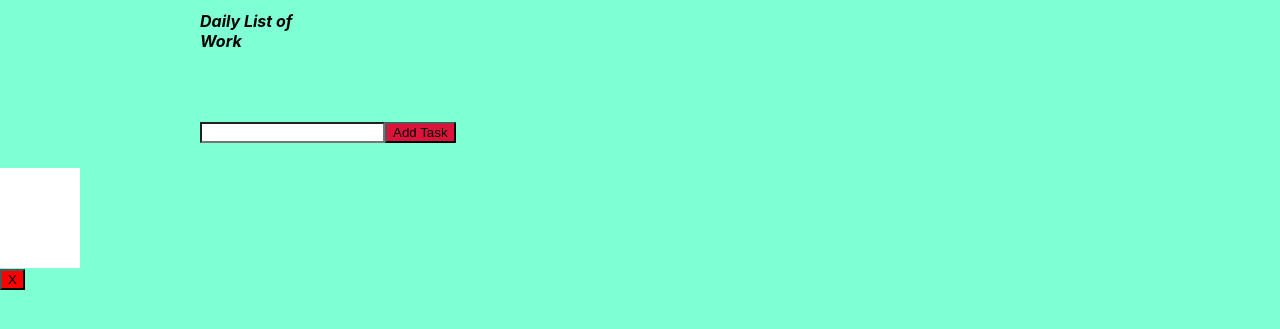
Repository: iamjayenmthakuri/todolist
Page: /, after clicking the first element matching `button.button`
The author's editor kept a copy of each file at every save. The page is drawn from the files as they stood at one save, then again after the next save.
The browser window is 1280 px wide. The pictures show the whole page.
The project was rebuilt for these pictures with package versions that can differ from the ones it lists, and the page was loaded fresh each time.

Above is the page before, as saved 2022-09-19 10:33:58.

After the next save:
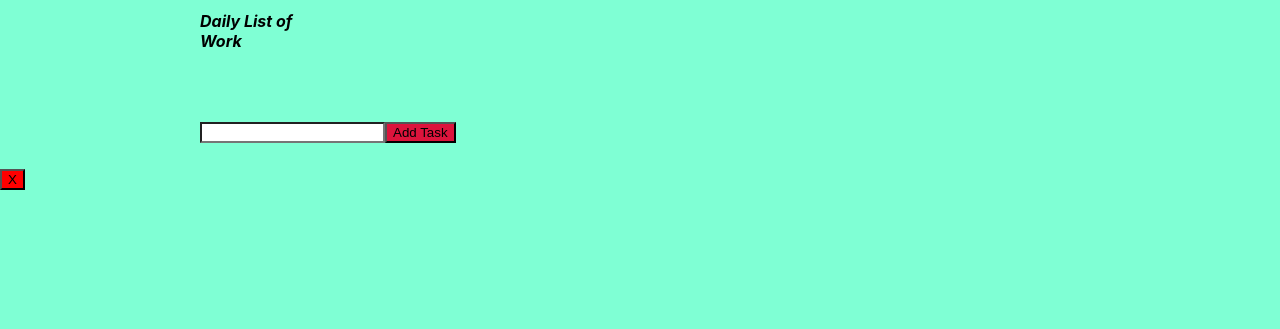
Saved 32 s later.
--- a/src/App.css
+++ b/src/App.css
@@ -15,8 +15,8 @@ body{
 }
 .container{
   background-color: white;
-  height: 100px;
-  width: 80px;
+  height:max-content;
+  width:min-content;
   margin-bottom: auto;
   margin-top: auto;
 }
